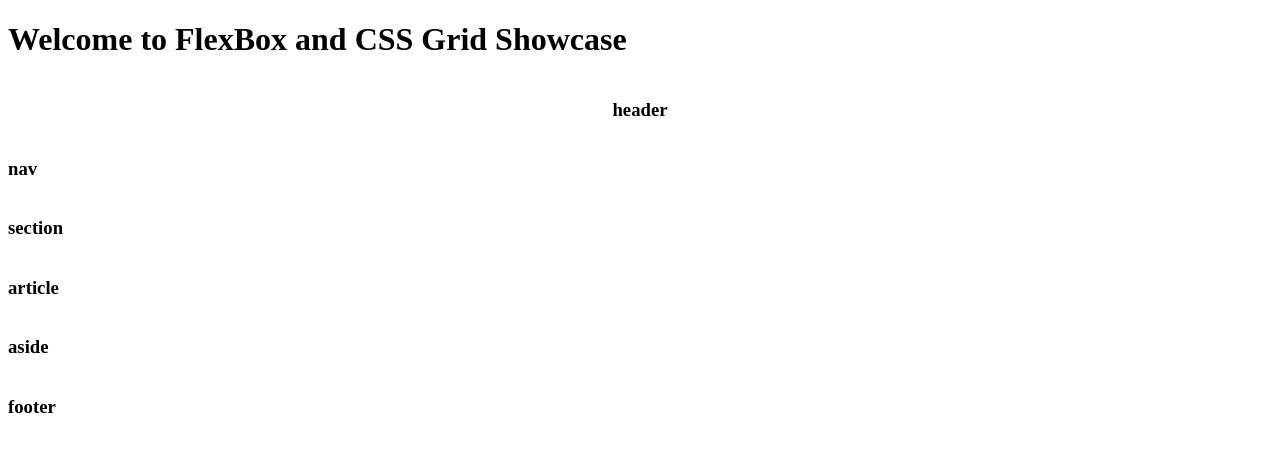
Repository: Awhit-commits/CSS_GRID_AND_FLEXBOX_LESSON
Page: index.html
The author's editor kept a copy of each file at every save. The page is drawn from the files as they stood at one save, then again after a run of saves.
The browser window is 1280 px wide. The pictures show the whole page.

Above is the page before, as saved 2020-12-21 10:02:30.

### index.html
<!DOCTYPE html>
<html lang="en">

<head>
    <meta charset="UTF-8">
    <meta name="viewport" content="width=device-width, initial-scale=1.0">
    <title>Document</title>
    <link rel="stylesheet" href="style.css">
</head>

<body>
    <h1>Welcome to FlexBox and CSS Grid Showcase</h1>
    <div class="containerFlex">
        <div class="header">
            <h3>header</h3>

        </div>
        <div class="nav">
            <h3>nav</h3>
        </div>
        <div class="section">
            <h3>section</h3>
        </div>
        <div class="article">
            <h3>article</h3>
        </div>
        <div class="aside">
            <h3>aside</h3>
        </div>
        <div class="footer">
            <h3>footer</h3>
        </div>
    </div>
    <script src="script.js"></script>
</body>

</html>

### style.css
.containerFlex{
    display: flex;
    flex-direction: column;
}

.header{
    text-align: center;
    flex-grow: 3;
}

.nav{
    text
}

### script.js
console.log(`Hello World`);

After the next 2 saves:
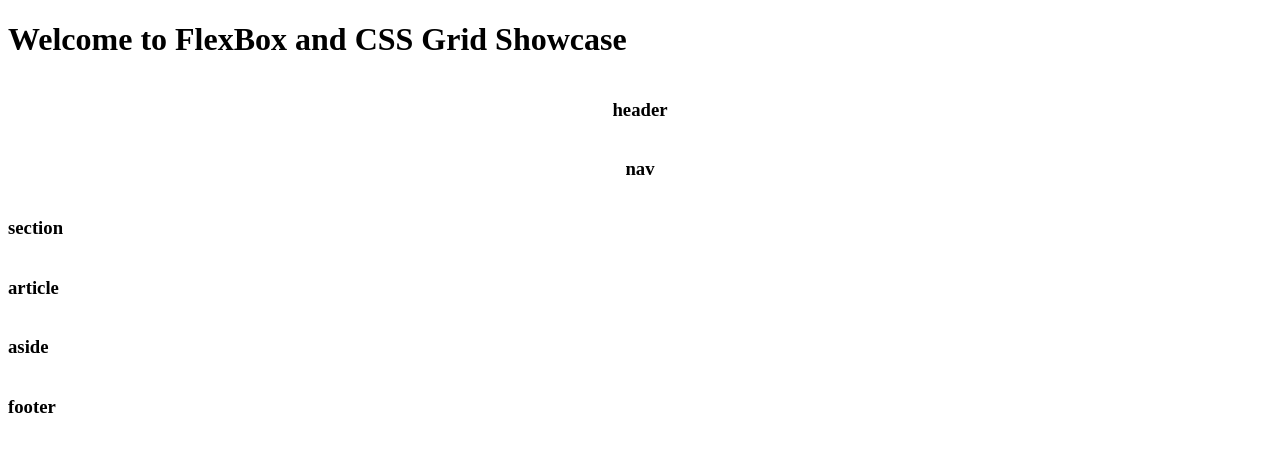
The 2 saves are shown as one change because they came seconds apart.
The last was saved 13 s later.
--- a/style.css
+++ b/style.css
@@ -9,5 +9,6 @@
 }
 
 .nav{
-    text
+    text-align: center;
+    flex-grow: 3;
 }
